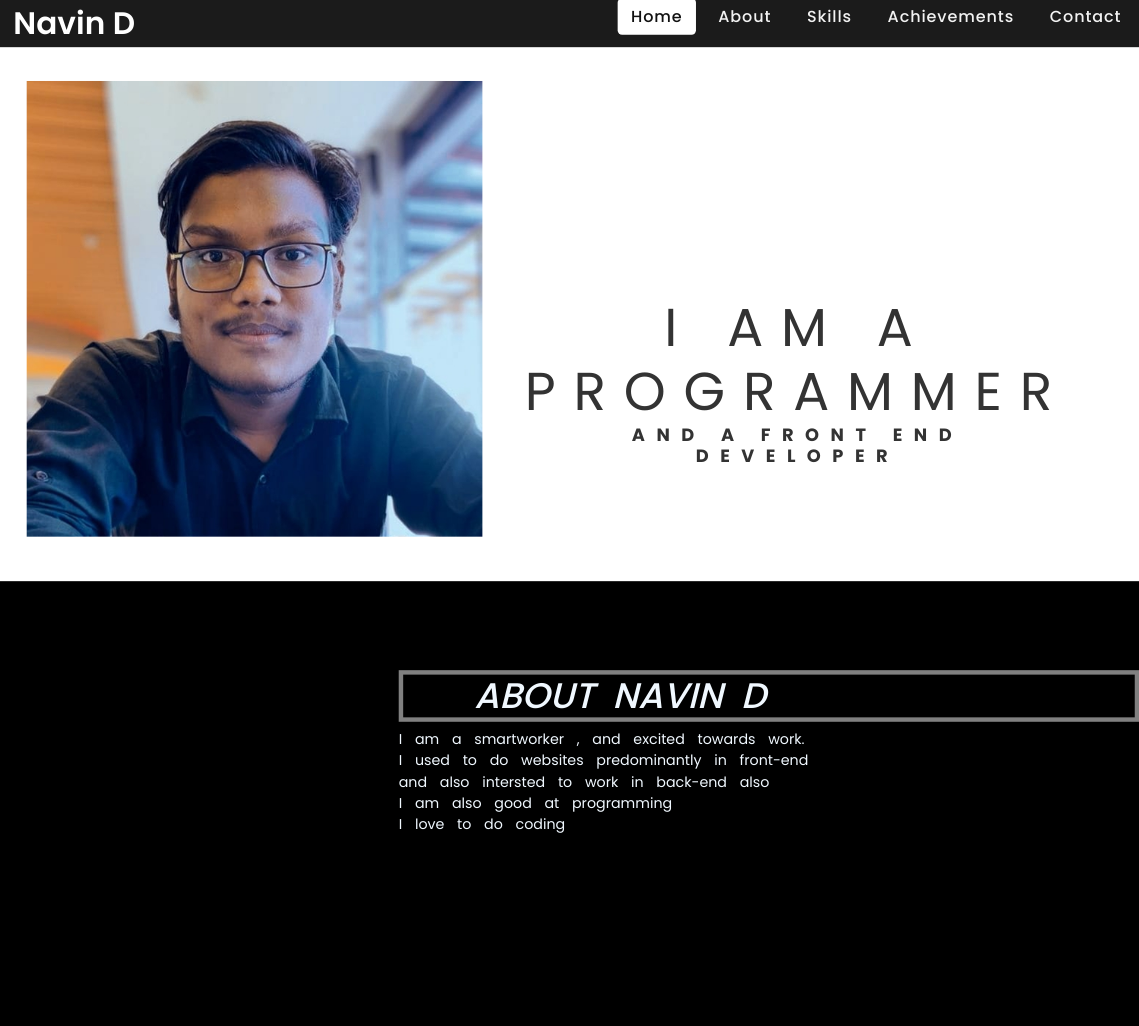
Repository: NavinDayanithi/OIBSIP
Page: Portfolio/index.html
The author's editor kept a copy of each file at every save. The page is drawn from the files as they stood at one save, then again after a run of saves.
The browser window is 1280 px wide. The pictures show the whole page, at 89% of full size.

Above is the page before, as saved 2023-02-20 19:05:03.
Console error: TypeError: Cannot read properties of undefined (reading 'fn')

### Portfolio/index.html
<!DOCTYPE html>
<!-- Created By CodingNepal -->
<html lang="en" dir="ltr">
   <head>

      <meta charset="utf-8">
      <title>Navin's Portfolio</title>
      <script src="https://cdnjs.cloudflare.com/ajax/libs/OwlCarousel2/2.3.4/owl.carousel.min.js"></script>
      <script type="text/javascript" src="script.js"></script>
      <link rel="stylesheet" href="style.css">
      <link rel="stylesheet" href="https://cdnjs.cloudflare.com/ajax/libs/font-awesome/5.15.3/css/all.min.css"/>
      <meta name="viewport" content="width=device-width, initial-scale=1.0">
      <link href="https://cdn.jsdelivr.net/npm/bootstrap@5.3.0-alpha1/dist/css/bootstrap.min.css" rel="stylesheet" integrity="sha384-GLhlTQ8iRABdZLl6O3oVMWSktQOp6b7In1Zl3/Jr59b6EGGoI1aFkw7cmDA6j6gD" crossorigin="anonymous">
   </head>
   <body>
      <nav>
         <div class="logo">
            Navin D
         </div>
         <input type="checkbox" id="click">
         <label for="click" class="menu-btn">
         <i class="fas fa-bars"></i>
         </label>
         <ul>
            <li><a class="active" href="#">Home</a></li>
            <li><a href="#about">About</a></li>
            <li><a href="#skills">Skills</a></li>
            <li><a href="#">Achievements</a></li>
            <li><a href="#">Contact</a></li>
         </ul>
      </nav>
      <div >
        <img src="navinppimg.jpeg"  class="img1" alt="navinimg">
      </div>
      <div class="text-box">
        <h1 class="heading-primary">
         <span class="heading-primary-main">I am a Programmer</span>
          <span class="heading-primary-sub">and a front end developer</span>
         </h1>
   </div>
   <section class="about" id="about">
      <!-- <img class="about-img" src="https://embetronicx.com/wp-content/uploads/2017/08/background.jpg"  class="img1" alt="navinimg"> -->
      <div class="about-text">
         <h1> <i>ABOUT NAVIN D</i></h1>
         <p>  I am a smartworker , and excited towards work.<br/>
             I used to do websites predominantly in front-end <br/>
             and also intersted to work in back-end also<br/>
             I am also good at programming <br/>
             I love to do coding<br/>
      </p>
      </div>

    </body>
</section>
       </body>
</html>

### Portfolio/style.css
@import url('https://fonts.googleapis.com/css?family=Poppins:400,500,600,700&display=swap');
*{
  margin: 0;
  padding: 0;
  box-sizing: border-box;
  font-family: 'Poppins', sans-serif;
}
nav{
  display: flex;
  height: 100%;
  width: 100%;
  background: #1b1b1b;
  align-items: center;
  justify-content: space-between;
  /* padding: 0 50px 0 50px; */
  /* flex-wrap: wrap; */
}
nav .logo{
  color: #fff;
  font-size: 35px;
  font-weight: 600;
  margin-left: 15px;
}
nav ul{
  display: flex;
  flex-wrap: wrap;
  list-style: none;
}
nav ul li{
  margin: 0 5px;
}
nav ul li a{
  color: #f2f2f2;
  text-decoration: none;
  font-size: 18px;
  font-weight: 500;
  padding: 8px 15px;
  border-radius: 5px;
  letter-spacing: 1px;
  transition: all 0.3s ease;
}
nav ul li a.active,
nav ul li a:hover{
  color: #111;
  background: #fff;
}
nav .menu-btn i{
  color: #fff;
  font-size: 22px;
  cursor: pointer;
  display: none;
}
input[type="checkbox"]{
  display: none;
}
@media (max-width: 1000px){
  nav{
    padding: 0 40px 0 50px;
  }
}
@media (max-width: 920px) {
  nav .menu-btn i{
    display: block;
  }
  #click:checked ~ .menu-btn i:before{
    content: "\f00d";
  }
  nav ul{
    position: fixed;
    top: 80px;
    left: -100%;
    background: #111;
    height: 100vh;
    width: 100%;
    text-align: center;
    display: block;
    transition: all 0.3s ease;
  }
  #click:checked ~ ul{
    left: 0;
  }
  nav ul li{
    width: 100%;
    margin: 40px 0;
  }
  nav ul li a{
    width: 100%;
    margin-left: -100%;
    display: block;
    font-size: 20px;
    transition: 0.6s cubic-bezier(0.68, -0.55, 0.265, 1.55);
  }
  #click:checked ~ ul li a{
    margin-left: 0px;
  }
  nav ul li a.active,
  nav ul li a:hover{
    background: none;
    color: cyan;
  }
}
.content{
  position: absolute;
  top: 50%;
  left: 50%;
  transform: translate(-50%, -50%);
  text-align: center;
  z-index: -1;
  width: 100%;
  padding: 0 30px;
  color: #1b1b1b;
}
.content div{
  font-size: 40px;
  font-weight: 700;
}

.text-box {
    position: absolute;
    top: 60%;
    left: 70%;
    transform: translate(-50%, -50%);
    text-align:center;
  }

  .heading-primary {
      color:#333;
      text-transform: uppercase;
  }

  .heading-primary-main {
      display: block;
      font-size: 60px;
      font-weight: 400;
      letter-spacing: 20px;
     /*  Animation decalaration   */
      animation-name: moveInleft;
      animation-duration: 3s;
  }

  .heading-primary-sub {
      display: block;
      font-size: 20px;
      font-weight: 700;
      letter-spacing: 12.9px;

      animation-name: moveInRight;
      animation-duration: 3s;
  }

  @keyframes moveInleft {
      0% {
          opacity: 0;
          transform: translateX(-100px);
      }

      80% {
          transform: translateX(10px);
      }
      100% {
          opacity: 1;
          transform: translate(0);
      }
  }

  @keyframes moveInRight {
      0% {
          opacity: 0;
          transform: translateX(100px);
      }

      80% {
          transform: translateX(-10px);
      }

      100% {
          opacity: 1;
          transform: translate(0);
      }

  }
  .img1{
    margin-left: 30px;
     margin-top: 3%;
    display: block;
    height:40%;
    width:40%;


  }
  .a{
    float: left;
    /* display: inline; */
    width: 50%;


  }
  .b{
    /* display: inline; */
    float:right;
    width: 50%;
    margin-left: 50px;


  }
   .about{
    background-color: black;
    height: 500px;
    width: 100%;
    color: aliceblue;
    margin-top: 50px;

  }

 .about-text {
  padding-top: 100px;
   padding-left: 35%;
   word-spacing: 10px;
}
.about-text h1{
  padding-left:80px;
  border:5px solid gray;
}

Loaded but not shown: Portfolio/script.js (common file)

After the next 5 saves:
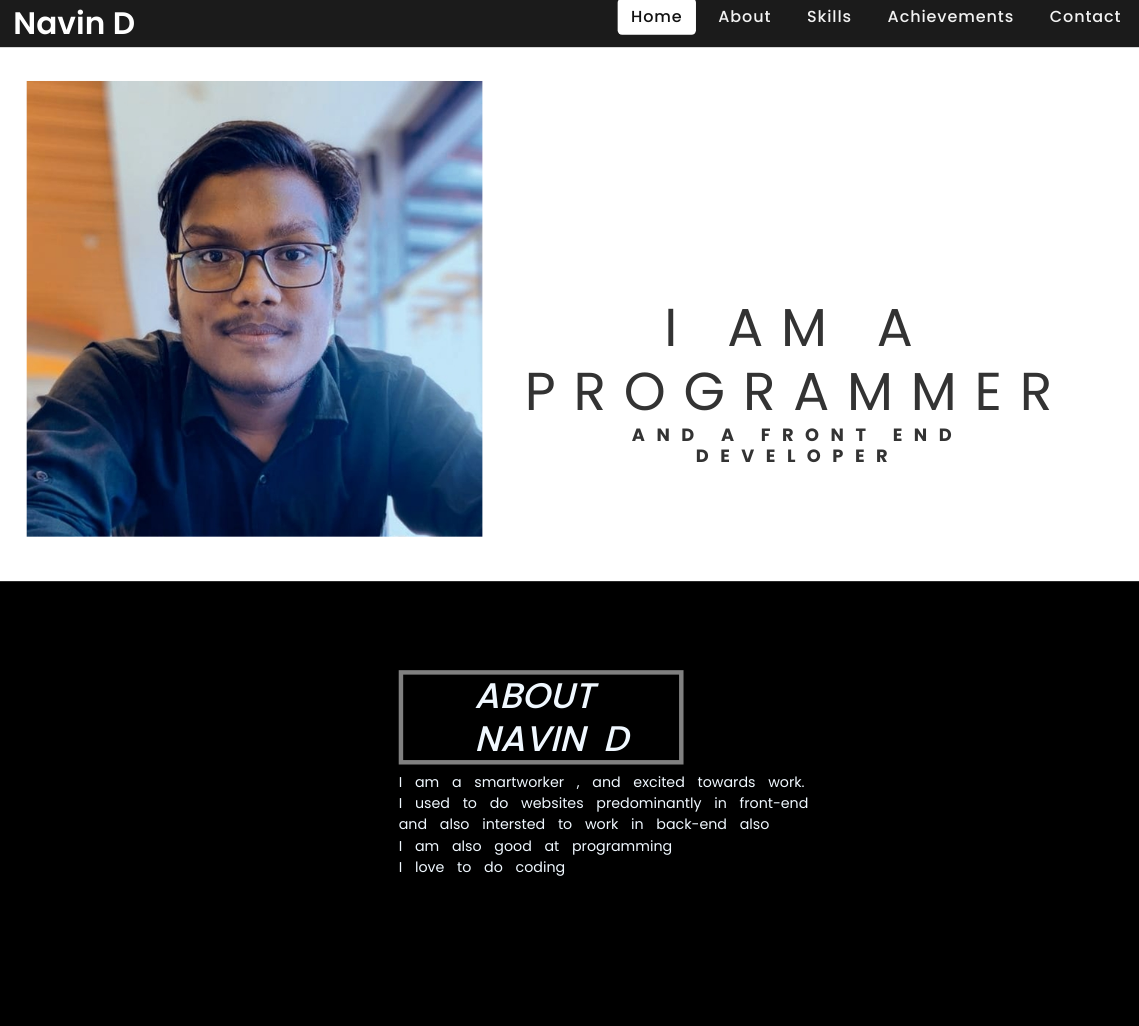
The 5 saves are shown as one change because they came seconds apart.
The last was saved 32 s later.
--- a/Portfolio/style.css
+++ b/Portfolio/style.css
@@ -220,4 +220,5 @@
 .about-text h1{
   padding-left:80px;
   border:5px solid gray;
-}
+  width: 320px;
+}
